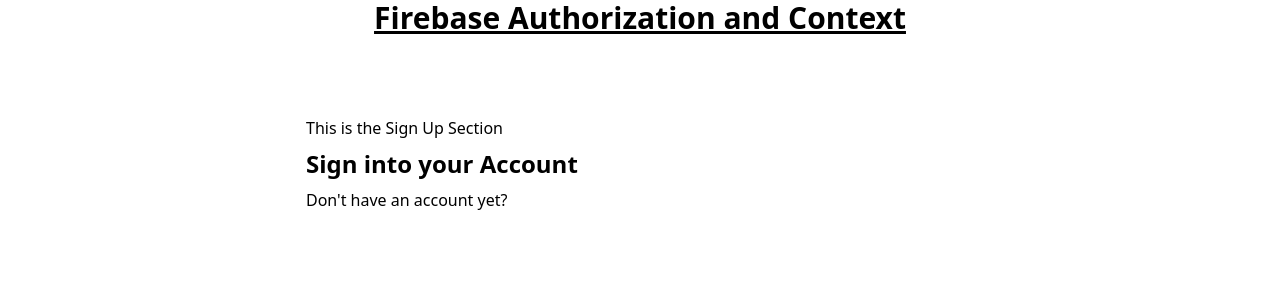
Repository: mottad14/practice_google_firebase
Page: /signup
The author's editor kept a copy of each file at every save. The page is drawn from the files as they stood at one save, then again after the next save.
The browser window is 1280 px wide. The pictures show the whole page.
The project was rebuilt for these pictures with package versions that can differ from the ones it lists, and the page was loaded fresh each time. Also part of the build but not shown: src/components/Signin.jsx, src/components/Account.jsx.

Above is the page before, as saved 2022-07-27 08:59:48.

After the next save:
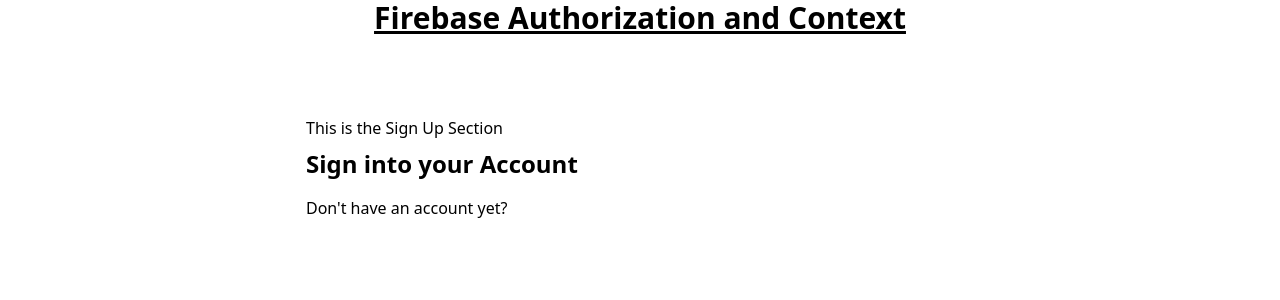
Saved 28 s later.
--- a/src/components/Signup.jsx
+++ b/src/components/Signup.jsx
@@ -7,7 +7,7 @@
       This is the Sign Up Section
       <div>
         <h1 className='text-2xl font-bold py-2'>Sign into your Account</h1>
-        <p>
+        <p className='py-2'>
           Don't have an account yet?
         </p>
       </div>
